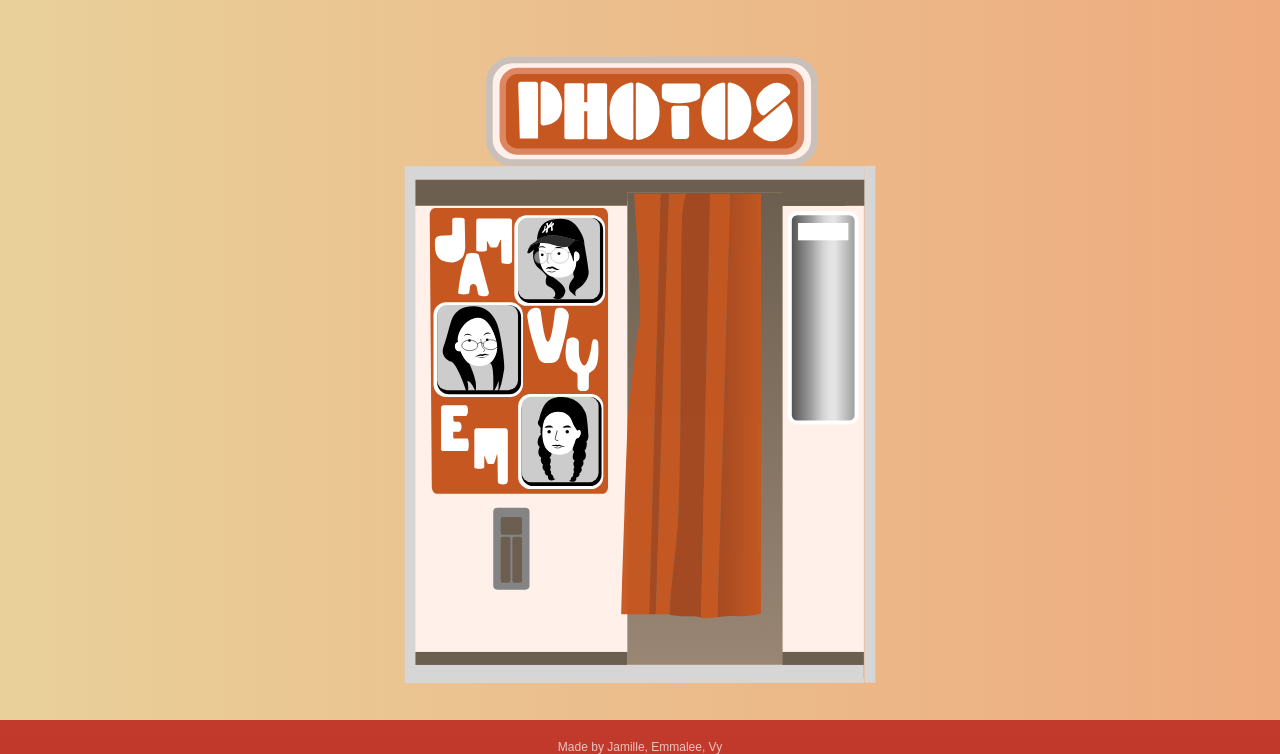
Repository: Strawb3rryjam/QuickSnip
Page: index.html
These files come from the project's save history. The page is drawn as it stood at one moment and after the next save; the edit follows.
The browser window is 1280 px wide. The pictures show the whole page.

Above is the page before, as saved 2025-05-08 15:19:48.

### index.html
<!DOCTYPE html>
<html lang="en">

<head>
    <meta charset="UTF-8">
    <meta name="viewport" content="width=device-width, initial-scale=1.0">
    <title>QuickSnip</title>
    <link rel="stylesheet" href="styles.css">
</head>

<body>
    <div class="photobooth-exterior">
        <!-- Exterior photobooth view -->
        <div>
            <img class="entrance" src="/assets/Photobooth.svg" alt="Description of the image">
            <img id="curtain" src="/assets/curtain1.svg" alt="Curtain">
        </div>
    </div>


    <!-- Original app starts here -->
    <div class="app-interior" id="appInterior" style="display: none;">
        <div class="retro-light"></div>

        <div class="start-screen id=" startScreen">
            <h2>Ready for your photoshoot?</h2>
            <p>Take 4 photos and create your own vintage photobooth strip!</p>
            <button id="startButton">Start Photobooth</button>
        </div>

        <div class="camera-container" id="cameraContainer">
            <video id="camera" autoplay playsinline></video>
            <div class="countdown" id="countdown"></div>
            <div class="flash" id="flash"></div>
            <div class="loading-message" id="loadingMessage">Initializing camera...</div>
        </div>

        <div class="controls" id="cameraControls" style="display: none;">
            <button id="captureButton">Take Photos</button>
        </div>

        <div class="photostrip-container" id="photostripContainer">
            <div class="photostrip" id="photostrip">
                <div class="photostrip-branding">Retro Photobooth - May 3, 2025</div>
            </div>

            <div class="editor-tools">
                <div>
                    <h3>Border Color</h3>
                    <div class="color-picker" id="colorPicker">
                        <div class="color selected" style="background-color: white;" data-color="white"></div>
                        <div class="color" style="background-color: #ffcc00;" data-color="#ffcc00"></div>
                        <div class="color" style="background-color: #ff6b6b;" data-color="#ff6b6b"></div>
                        <div class="color" style="background-color: #48dbfb;" data-color="#48dbfb"></div>
                        <div class="color" style="background-color: #1dd1a1;" data-color="#1dd1a1"></div>
                        <div class="color" style="background-color: #f368e0;" data-color="#f368e0"></div>
                        <div class="color" style="background-color: #ff9f43;" data-color="#ff9f43"></div>
                        <div class="color" style="background-color: black;" data-color="black"></div>
                    </div>
                </div>

                <div>
                    <h3>Add Stickers</h3>
                    <div class="stickers" id="stickerPicker">
                        <div class="sticker">⭐</div>
                        <div class="sticker">❤️</div>
                        <div class="sticker">🌈</div>
                        <div class="sticker">😎</div>
                        <div class="sticker">🎉</div>
                        <div class="sticker">✨</div>
                        <div class="sticker">💯</div>
                        <div class="sticker">🔥</div>
                        <div class="sticker">👑</div>
                        <div class="sticker">🦄</div>
                    </div>
                </div>

                <button id="downloadButton">Download Photostrip</button>
                <button id="resetButton">Take New Photos</button>
                <button id="exitBoothButton">Exit Booth</button>
            </div>
        </div>
    </div>
    </div>

    <div id="copyright">Made by Jamille, Emmalee, Vy</div>

    <script src="https://cdnjs.cloudflare.com/ajax/libs/html2canvas/1.4.1/html2canvas.min.js"></script>
    <script src="scripts.js"></script>
</body>

</html>

### styles.css
body {
  font-family: 'Arial', sans-serif;
  background-color: #f0f0f0;
  margin: 0;
  padding: 0;
  display: flex;
  flex-direction: column;
  align-items: center;
  min-height: 100vh;
  background-image: linear-gradient(to bottom, #e74c3c, #c0392b);
  color: white;
  text-align: center;
}

h1 {
  font-family: 'Impact', sans-serif;
  letter-spacing: 2px;
  font-size: 2.5rem;
  text-shadow: 3px 3px 0px rgba(0, 0, 0, 0.3);
  margin-bottom: 5px;
}


.photobooth-exterior {
  position: relative;
  width: 100vw;
  height: 100vh;
  overflow: hidden;
  display: flex;
  justify-content: center;
  align-items: center;
}



.entrance {
  position: absolute;
  top: 0;
  left: 0;
  width: 100%;
  height: 100%;
  object-fit: cover;
  object-position: center;
  z-index: -1;
}




#curtain {
  position: absolute;
  width: 20vw; /* Responsive width */
  height: 428px; /* Let it scale proportionally */
  left: 50%; /* Center-ish position */
  top: 35%;  /* Adjust as needed */
  transform: translate(-30%, -14%); /* Centers the image on its position point */
  object-fit: contain;
  cursor: pointer;
  z-index: 1; /* Above entrance image */
}






.container {
  max-width: 800px;
  width: 95%;
  background-color: #333;
  border-radius: 15px;
  padding: 20px;
  box-shadow: 0 10px 25px rgba(0, 0, 0, 0.5);
  margin: 20px 0;
  border: 10px solid #222;
  position: relative;
}

.start-screen {
  display: flex;
  flex-direction: column;
  align-items: center;
  justify-content: center;
  height: 400px;
}

.camera-container {
  position: relative;
  margin: 0 auto;
  width: 100%;
  max-width: 640px;
  border-radius: 8px;
  overflow: hidden;
  display: none;
}

#camera {
  width: 100%;
  height: auto;
  background-color: #222;
  border-radius: 8px;
  transform: scaleX(-1);
}

.controls {
  margin-top: 20px;
  display: flex;
  justify-content: center;
  flex-wrap: wrap;
  gap: 10px;
}

button {
  background-color: #e74c3c;
  color: white;
  border: none;
  padding: 12px 24px;
  font-size: 16px;
  border-radius: 30px;
  cursor: pointer;
  transition: all 0.3s;
  font-weight: bold;
  box-shadow: 0 4px 0 #c0392b;
  text-transform: uppercase;
}

button:hover {
  background-color: #c0392b;
  box-shadow: 0 2px 0 #9e2a1e;
  transform: translateY(2px);
}

button:active {
  transform: translateY(4px);
  box-shadow: none;
}

button:disabled {
  background-color: #999;
  box-shadow: none;
  cursor: not-allowed;
}

.countdown {
  position: absolute;
  top: 50%;
  left: 50%;
  transform: translate(-50%, -50%);
  font-size: 8rem;
  color: white;
  text-shadow: 0 0 10px #000;
  opacity: 0.8;
  display: none;
}

.flash {
  position: absolute;
  top: 0;
  left: 0;
  width: 100%;
  height: 100%;
  background-color: white;
  opacity: 0;
  transition: opacity 0.1s;
}

.photostrip-container {
  display: none;
  flex-direction: column;
  align-items: center;
  width: 100%;
}

.photostrip {
  display: flex;
  flex-direction: column;
  gap: 10px;
  background-color: white;
  padding: 20px;
  width: 240px;
  border-radius: 5px;
  box-shadow: 0 0 10px rgba(0,0,0,0.5);
  margin-bottom: 20px;
  position: relative;
}

.photostrip img {
  width: 100%;
  height: auto;
  border: 1px solid #ddd;
}

.photostrip-branding {
  color: #333;
  font-size: 12px;
  margin-top: 10px;
  text-align: center;
  font-family: 'Courier New', monospace;
}

.editor-tools {
  display: flex;
  flex-wrap: wrap;
  justify-content: center;
  gap: 10px;
  margin-top: 20px;
  width: 100%;
}

.color-picker {
  display: flex;
  flex-wrap: wrap;
  justify-content: center;
  gap: 5px;
  margin-bottom: 15px;
}

.color {
  width: 30px;
  height: 30px;
  border-radius: 50%;
  cursor: pointer;
  border: 2px solid transparent;
  transition: transform 0.2s;
}

.color:hover {
  transform: scale(1.2);
}

.color.selected {
  border: 2px solid white;
  box-shadow: 0 0 5px rgba(0,0,0,0.5);
}

.stickers {
  display: flex;
  flex-wrap: wrap;
  justify-content: center;
  gap: 10px;
  margin-bottom: 15px;
}

.sticker {
  font-size: 24px;
  cursor: pointer;
  background-color: rgba(255, 255, 255, 0.2);
  border-radius: 5px;
  padding: 5px;
  transition: transform 0.2s;
}

.sticker:hover {
  transform: scale(1.2);
}

.draggable-sticker {
  position: absolute;
  cursor: move;
  user-select: none;
  font-size: 24px;
}

.retro-light {
  position: absolute;
  width: 10px;
  height: 10px;
  background-color: #2ecc71;
  border-radius: 50%;
  top: 20px;
  right: 20px;
  box-shadow: 0 0 10px #2ecc71;
  animation: blink 2s infinite;
}

@keyframes blink {
  0%, 100% { opacity: 1; }
  50% { opacity: 0.4; }
}

.loading-message {
  font-size: 1.2rem;
  margin-bottom: 20px;
  animation: pulse 1.5s infinite;
}

@keyframes pulse {
  0%, 100% { opacity: 1; }
  50% { opacity: 0.5; }
}

#copyright {
  margin-top: 20px;
  font-size: 12px;
  opacity: 0.7;
}

### scripts.js
document.addEventListener("DOMContentLoaded", () => {
  // DOM Elements
  const startScreen = document.getElementById("startScreen");
  const cameraContainer = document.getElementById("cameraContainer");
  const camera = document.getElementById("camera");
  const captureButton = document.getElementById("captureButton");
  const startButton = document.getElementById("startButton");
  const cameraControls = document.getElementById("cameraControls");
  const countdown = document.getElementById("countdown");
  const flash = document.getElementById("flash");
  const photostripContainer = document.getElementById("photostripContainer");
  const photostrip = document.getElementById("photostrip");
  const downloadButton = document.getElementById("downloadButton");
  const resetButton = document.getElementById("resetButton");
  const colorPicker = document.getElementById("colorPicker");
  const stickerPicker = document.getElementById("stickerPicker");
  const loadingMessage = document.getElementById("loadingMessage");

  // App State
  let stream = null;
  let photosTaken = 0;
  const maxPhotos = 4;
  let photoElements = [];
  let isCountingDown = false;

  // Start the photobooth
  startButton.addEventListener("click", initCamera);

  // Initialize the camera
  async function initCamera() {
    startScreen.style.display = "none";
    cameraContainer.style.display = "block";

    try {
      stream = await navigator.mediaDevices.getUserMedia({
        video: {
          facingMode: "user",
          width: { ideal: 640 },
          height: { ideal: 480 },
        },
        audio: false,
      });

      camera.srcObject = stream;
      loadingMessage.style.display = "none";
      cameraControls.style.display = "flex";
      captureButton.addEventListener("click", startPhotoSequence);
    } catch (err) {
      loadingMessage.textContent = "Camera access denied or not available :(";
      console.error("Error accessing camera:", err);
    }
  }

  // Start the photo taking sequence
  function startPhotoSequence() {
    if (isCountingDown) return;

    isCountingDown = true;
    captureButton.disabled = true;
    startCountdown();
  }

  // Display countdown before taking photo
  function startCountdown() {
    let count = 3;
    countdown.textContent = count;
    countdown.style.display = "block";

    const countInterval = setInterval(() => {
      count--;

      if (count > 0) {
        countdown.textContent = count;
      } else {
        clearInterval(countInterval);
        countdown.style.display = "none";
        takePhoto();
      }
    }, 1000);
  }

  // Take a photo
  function takePhoto() {
    // Create flash effect
    flash.style.opacity = "0.8";
    setTimeout(() => {
      flash.style.opacity = "0";
    }, 100);

    // Create the canvas to capture the photo
    const canvas = document.createElement("canvas");
    const context = canvas.getContext("2d");

    // Set canvas dimensions to match the video
    canvas.width = camera.videoWidth;
    canvas.height = camera.videoHeight;

    // Draw the video frame on the canvas, flip horizontally
    context.translate(canvas.width, 0);
    context.scale(-1, 1);
    context.drawImage(camera, 0, 0, canvas.width, canvas.height);

    // Convert canvas to image
    const imgUrl = canvas.toDataURL("image/jpeg");

    // Add to photostrip
    photosTaken++;
    const photoElement = document.createElement("img");
    photoElement.src = imgUrl;
    photoElement.alt = `Photo ${photosTaken}`;
    photoElements.push(photoElement);

    // Check if we need to take more photos
    if (photosTaken < maxPhotos) {
      // Wait before next photo
      setTimeout(() => {
        isCountingDown = false;
        startCountdown();
      }, 1000);
    } else {
      // We're done taking photos
      finishPhotoSession();
    }
  }

  // Finish photo session and show the photostrip
  function finishPhotoSession() {
    // Stop camera
    if (stream) {
      stream.getTracks().forEach((track) => track.stop());
      stream = null;
    }

    // Hide camera UI
    cameraContainer.style.display = "none";
    cameraControls.style.display = "none";

    // Add photos to photostrip
    for (let i = 0; i < photoElements.length; i++) {
      photostrip.appendChild(photoElements[i]);
    }

    // Show photostrip editor
    photostripContainer.style.display = "flex";

    // Initialize the editing tools
    initEditingTools();
  }

  // Initialize editing tools for photostrip
  function initEditingTools() {
    // Color picker functionality
    colorPicker.querySelectorAll(".color").forEach((colorEl) => {
      colorEl.addEventListener("click", () => {
        // Remove selected class from all colors
        colorPicker.querySelectorAll(".color").forEach((el) => {
          el.classList.remove("selected");
        });

        // Add selected class to clicked color
        colorEl.classList.add("selected");

        // Apply color to photostrip
        const selectedColor = colorEl.getAttribute("data-color");
        photostrip.style.backgroundColor = selectedColor;
      });
    });

    // Sticker functionality
    stickerPicker.querySelectorAll(".sticker").forEach((stickerEl) => {
      stickerEl.addEventListener("click", () => {
        addSticker(stickerEl.textContent);
      });
    });

    // Download button
    downloadButton.addEventListener("click", downloadPhotostrip);

    // Reset button
    resetButton.addEventListener("click", resetPhotobooth);
  }

  // Add a draggable sticker to the photostrip
  function addSticker(emoji) {
    const sticker = document.createElement("div");
    sticker.classList.add("draggable-sticker");
    sticker.textContent = emoji;
    sticker.style.left = "50%";
    sticker.style.top = "50%";
    sticker.style.transform = "translate(-50%, -50%)";
    photostrip.appendChild(sticker);

    // Make sticker draggable
    let isDragging = false;
    let offsetX, offsetY;

    sticker.addEventListener("mousedown", (e) => {
      isDragging = true;
      const rect = sticker.getBoundingClientRect();
      offsetX = e.clientX - rect.left;
      offsetY = e.clientY - rect.top;
      sticker.style.zIndex = "1000";
    });

    document.addEventListener("mousemove", (e) => {
      if (!isDragging) return;

      const photoRect = photostrip.getBoundingClientRect();
      const x = e.clientX - photoRect.left - offsetX;
      const y = e.clientY - photoRect.top - offsetY;

      sticker.style.left = `${x}px`;
      sticker.style.top = `${y}px`;
      sticker.style.transform = "none";
    });

    document.addEventListener("mouseup", () => {
      isDragging = false;
      sticker.style.zIndex = "999";
    });

    // Touch support for mobile
    sticker.addEventListener("touchstart", (e) => {
      isDragging = true;
      const touch = e.touches[0];
      const rect = sticker.getBoundingClientRect();
      offsetX = touch.clientX - rect.left;
      offsetY = touch.clientY - rect.top;
      sticker.style.zIndex = "1000";
      e.preventDefault();
    });

    document.addEventListener("touchmove", (e) => {
      if (!isDragging) return;

      const touch = e.touches[0];
      const photoRect = photostrip.getBoundingClientRect();
      const x = touch.clientX - photoRect.left - offsetX;
      const y = touch.clientY - photoRect.top - offsetY;

      sticker.style.left = `${x}px`;
      sticker.style.top = `${y}px`;
      sticker.style.transform = "none";
      e.preventDefault();
    });

    document.addEventListener("touchend", () => {
      isDragging = false;
      sticker.style.zIndex = "999";
    });
  }

  // Download the photostrip
  function downloadPhotostrip() {
    html2canvas(photostrip).then((canvas) => {
      const link = document.createElement("a");
      link.download = "retro-photostrip.jpg";
      link.href = canvas.toDataURL("image/jpeg", 0.8);
      link.click();
    });
  }

  // Reset the photobooth to start again
  function resetPhotobooth() {
    // Reset counters and arrays
    photosTaken = 0;
    photoElements = [];

    // Clear the photostrip
    const photos = photostrip.querySelectorAll("img");
    const stickers = photostrip.querySelectorAll(".draggable-sticker");

    photos.forEach((photo) => photo.remove());
    stickers.forEach((sticker) => sticker.remove());

    // Reset photostrip color
    photostrip.style.backgroundColor = "white";
    colorPicker.querySelectorAll(".color").forEach((el) => {
      el.classList.remove("selected");
    });
    colorPicker.querySelector('[data-color="white"]').classList.add("selected");

    // Hide photostrip and show start screen
    photostripContainer.style.display = "none";
    startScreen.style.display = "flex";

    // Reset buttons
    captureButton.disabled = false;
    isCountingDown = false;
  }
});

After the next save:
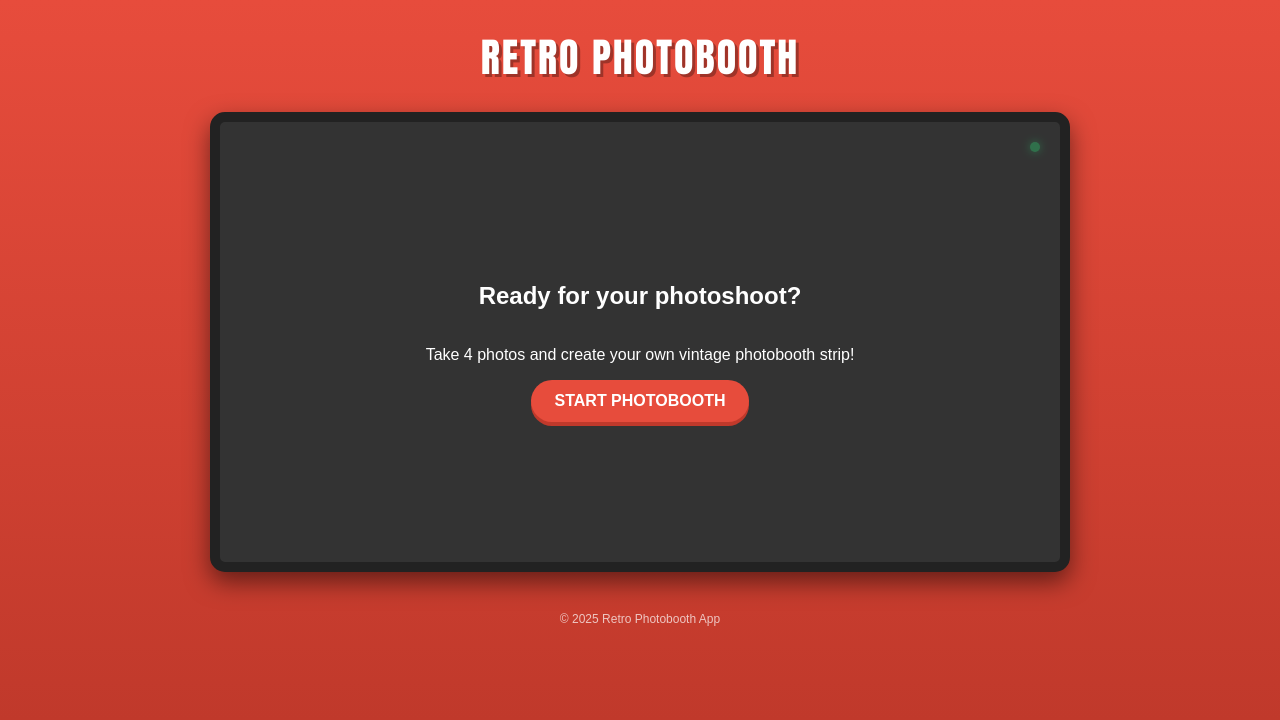
Saved 1 s later.
--- a/index.html
+++ b/index.html
@@ -4,25 +4,17 @@
 <head>
     <meta charset="UTF-8">
     <meta name="viewport" content="width=device-width, initial-scale=1.0">
-    <title>QuickSnip</title>
+    <title>Retro Photobooth</title>
     <link rel="stylesheet" href="styles.css">
 </head>
 
 <body>
-    <div class="photobooth-exterior">
-        <!-- Exterior photobooth view -->
-        <div>
-            <img class="entrance" src="/assets/Photobooth.svg" alt="Description of the image">
-            <img id="curtain" src="/assets/curtain1.svg" alt="Curtain">
-        </div>
-    </div>
-
-
-    <!-- Original app starts here -->
-    <div class="app-interior" id="appInterior" style="display: none;">
+    <h1>RETRO PHOTOBOOTH</h1>
+    <div class="container">
         <div class="retro-light"></div>
 
-        <div class="start-screen id=" startScreen">
+        <div class="start-screen" id="startScreen">
+
             <h2>Ready for your photoshoot?</h2>
             <p>Take 4 photos and create your own vintage photobooth strip!</p>
             <button id="startButton">Start Photobooth</button>
@@ -41,7 +33,7 @@
 
         <div class="photostrip-container" id="photostripContainer">
             <div class="photostrip" id="photostrip">
-                <div class="photostrip-branding">Retro Photobooth - May 3, 2025</div>
+                <div class="photostrip-branding">Retro Photobooth - April 28, 2025</div>
             </div>
 
             <div class="editor-tools">
@@ -77,13 +69,11 @@
 
                 <button id="downloadButton">Download Photostrip</button>
                 <button id="resetButton">Take New Photos</button>
-                <button id="exitBoothButton">Exit Booth</button>
             </div>
         </div>
     </div>
-    </div>
 
-    <div id="copyright">Made by Jamille, Emmalee, Vy</div>
+    <div id="copyright">© 2025 Retro Photobooth App</div>
 
     <script src="https://cdnjs.cloudflare.com/ajax/libs/html2canvas/1.4.1/html2canvas.min.js"></script>
     <script src="scripts.js"></script>
